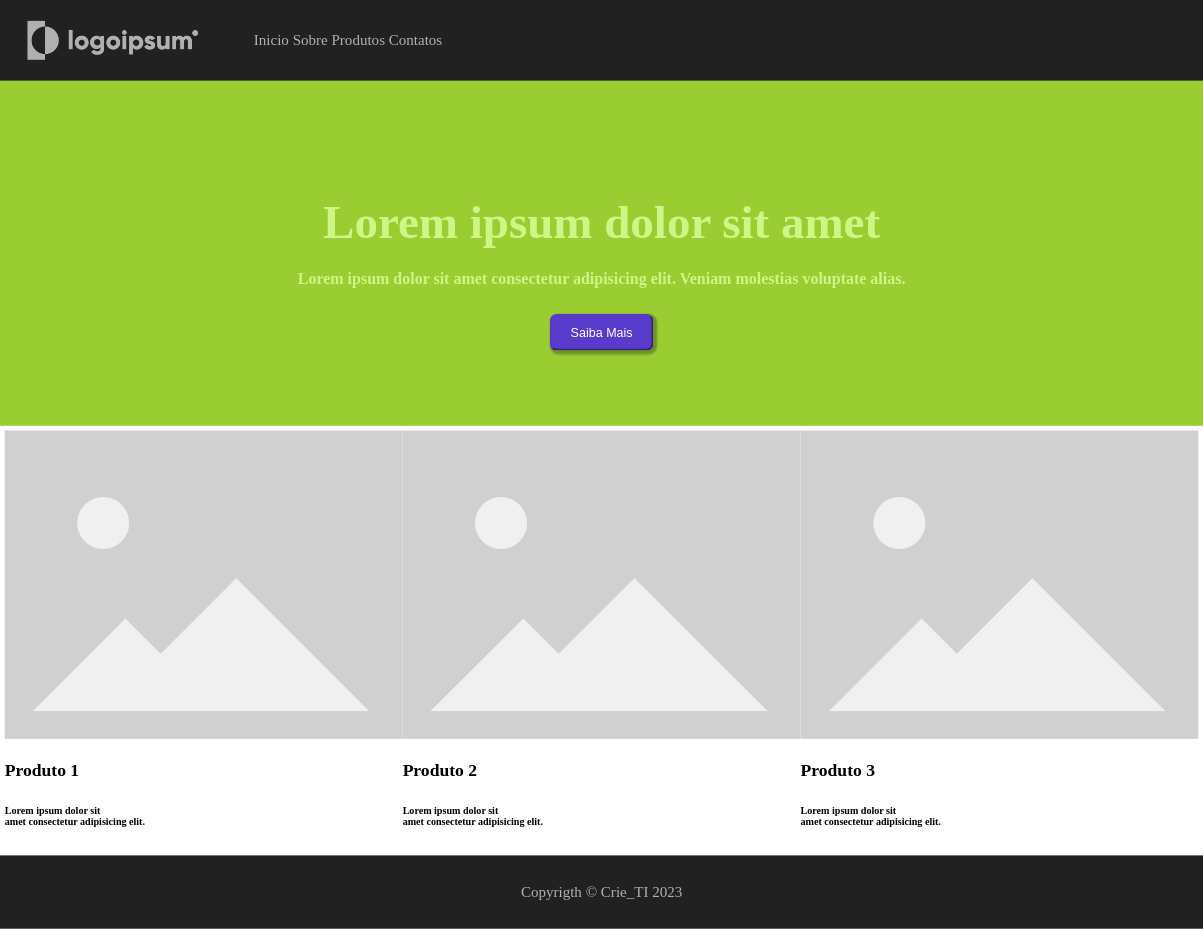
Repository: robsonwssantos/Projeto_Olaria
Page: Exercicios/ex.01/index.html
An editor plug-in stored every save of this project. The page is shown before and after the next save, followed by the edit.
The browser window is 1280 px wide. The pictures show the whole page, at 94% of full size.

Above is the page before, as saved 2023-04-21 12:54:24.

After the next save:
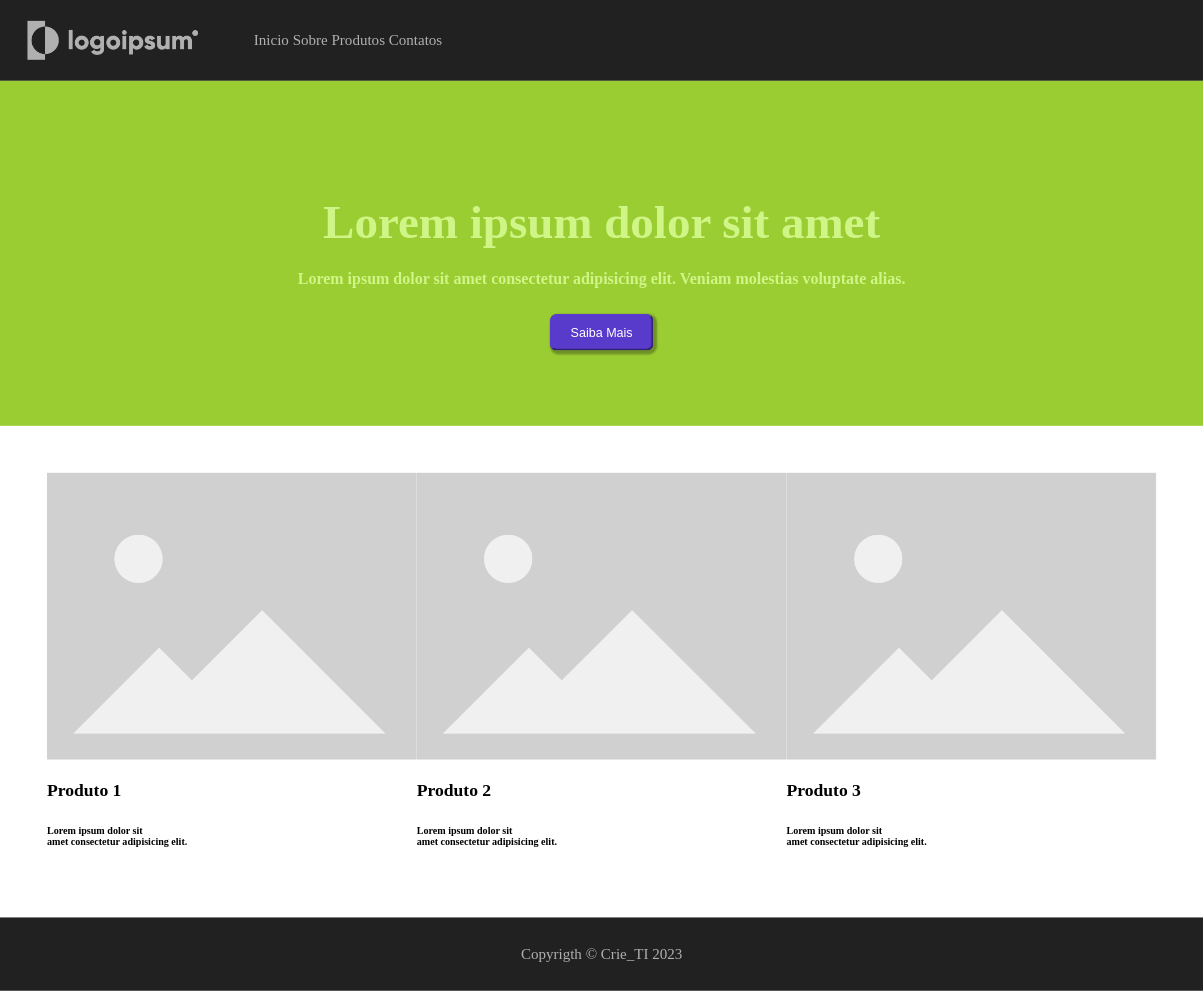
Saved 16 s later.
--- a/Exercicios/ex.01/index.html
+++ b/Exercicios/ex.01/index.html
@@ -77,7 +77,7 @@
         .container {
             display: flex;
             flex: 1;
-            margin: 5px;
+            margin: 50px;
         }
 
         .container img {
